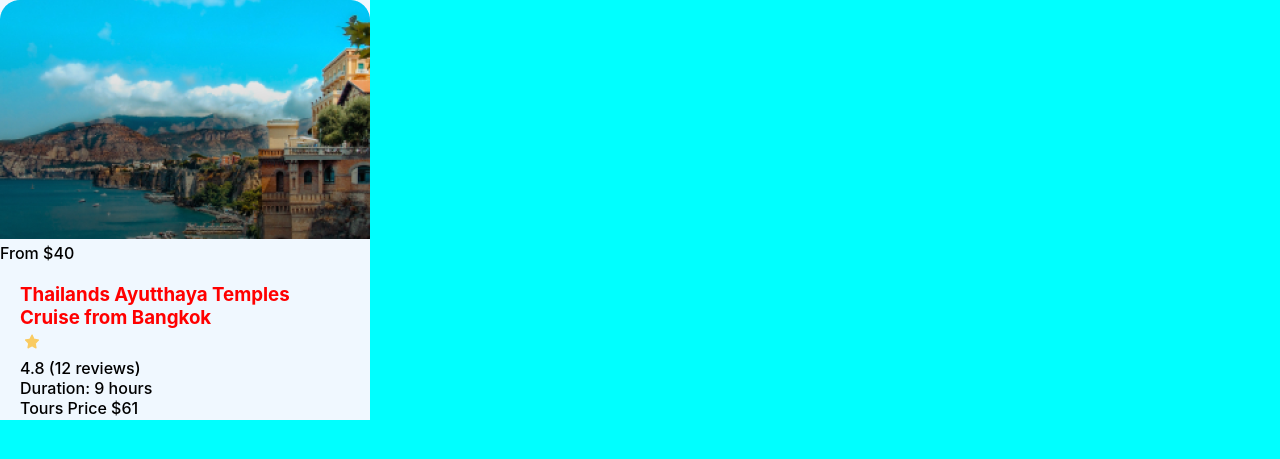
Repository: nguyentuankiet-k61/K_IT-demo
Page: index.html
These files come from the project's save history. The page is drawn as it stood at one moment and after the next save; the edit follows.
The browser window is 1280 px wide. The pictures show the whole page.
Some web fonts or font styles are not loaded; a fallback is used.

Above is the page before, as saved 2022-09-29 15:08:17.

After the next save:
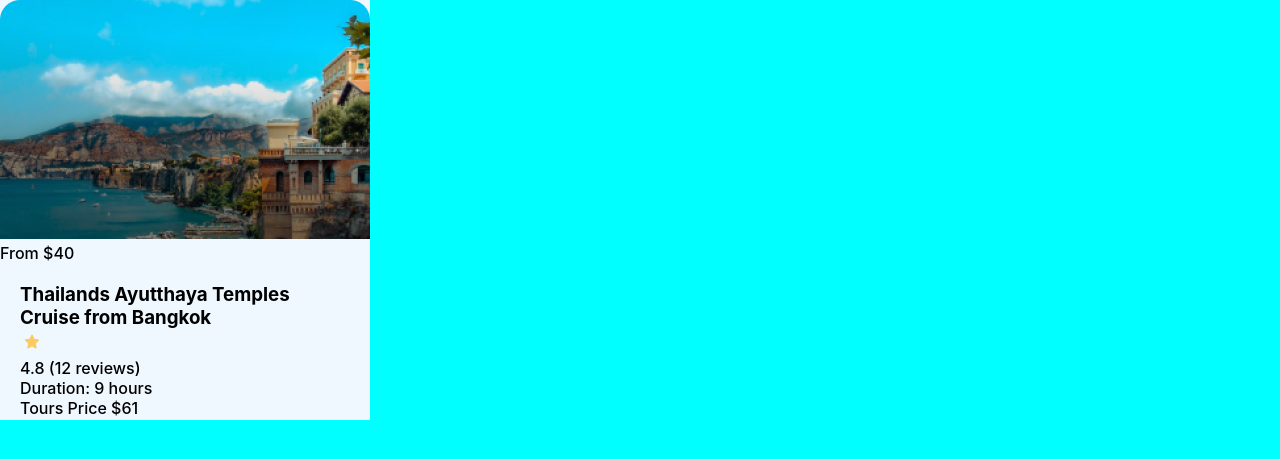
Saved 21 s later.
--- a/index.html
+++ b/index.html
@@ -17,7 +17,7 @@
         <span class="Tours_price">From $40</span>
     </div>
     <div class="Tours_content">
-        <div class="Tourrs_title">
+        <div class="Tours_title">
             <h3>Thailands Ayutthaya Temples
                 Cruise from Bangkok</h3>
         </div>

After the save that followed:
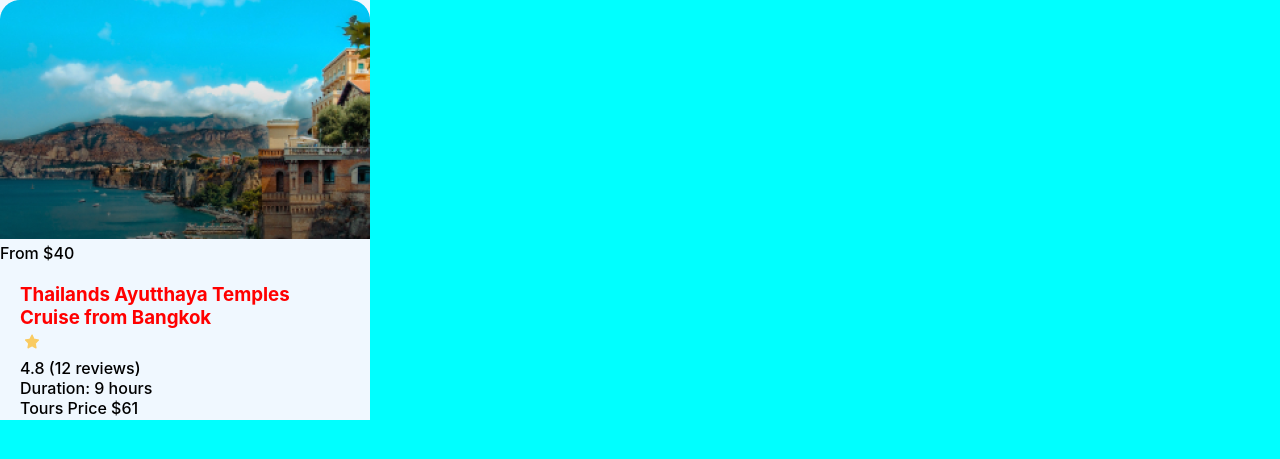
Saved 3 s later.
--- a/CSS/app.css
+++ b/CSS/app.css
@@ -17,6 +17,6 @@ body{
 .Tours_content{
    padding: 20px 20px 14px 20px;
 }
-.Tourrs_title{
+.Tours_title{
     color:red;
 }
